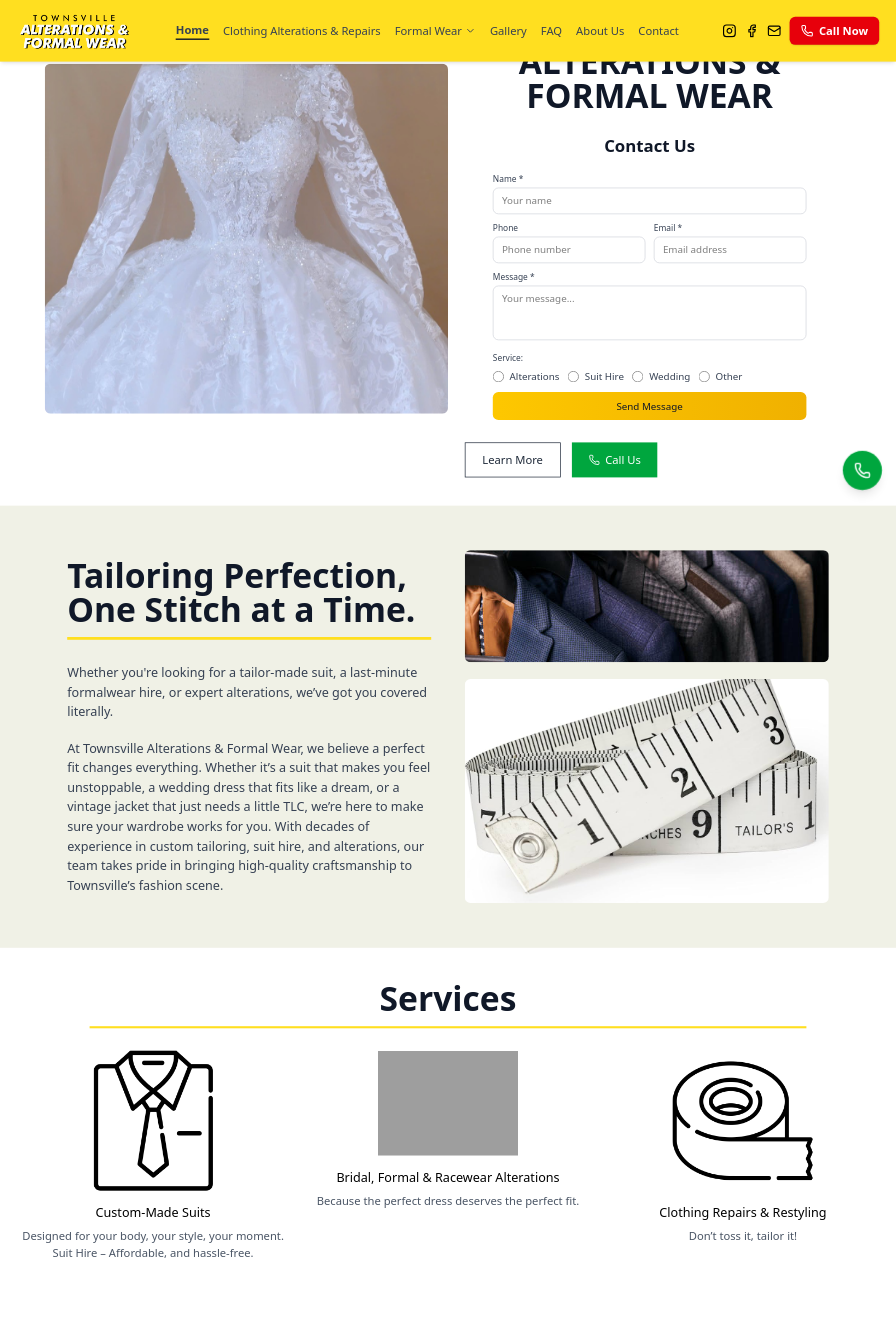
Repository: tarekhasan1/townsville-alteration
Page: /
These files come from the project's save history. The page is drawn as it stood at one moment and after the next save; the edit follows.
The browser window is 1280 px wide. The pictures show the part of the page from y = 0 to 1920 px (the page is 3276 px tall before and 3274 px after), at 70% of full size.
Pictures or frames that could not be fetched are drawn as grey boxes. The page's requests for data from a server got no answer. The project was rebuilt for these pictures with package versions that can differ from the ones it lists, and the page was loaded fresh each time. The framework's server and built-in components were replaced by stand-ins that run in the browser. No one was signed in, and anything a server would have sent is missing. Also part of the build but not shown: next.config.ts.

Above is the page before, as saved 2026-01-31 10:56:48.

### src/app/layout.tsx
import type { Metadata } from "next";
import Script from "next/script";
import "./globals.css";
import LayoutShell from "@/components/LayoutShell";
import FloatingCallButton from "@/components/FloatingCallButton";
import AnalyticsTracker from "@/components/AnalyticsTracker";

export const metadata: Metadata = {
  title: "Townsville Alterations and Formal Wear | Tailoring, Suit Hire, Alterations",
  description:
    "Townsville Alterations and Formal Wear - Reinvent Your Wardrobe. Hire or tailor-make outfits that turn heads. Expert suit hire, bridal alterations, and tailoring in Townsville.",
  keywords:
    "Townsville Tailoring, Formal Wear Townsville, Suit Hire, Alterations, Wedding Dress Alterations, Custom Tailoring",
  authors: [{ name: "Townsville Alterations & Formal Wear" }],
  creator: "Townsville Alterations & Formal Wear",
  publisher: "Townsville Alterations & Formal Wear",
  robots: "index, follow",
  icons: "/logo.png",
};

export default function RootLayout({
  children,
}: {
  children: React.ReactNode;
}) {
  return (
    <html lang="en">
      <head>
        {/* Google Tag Manager */}
        <Script
          id="gtm-script"
          strategy="afterInteractive"
          dangerouslySetInnerHTML={{
            __html: `
              (function(w,d,s,l,i){w[l]=w[l]||[];
              w[l].push({'gtm.start': new Date().getTime(),event:'gtm.js'});
              var f=d.getElementsByTagName(s)[0],
              j=d.createElement(s),dl=l!='dataLayer'?'&l='+l:'';
              j.async=true;j.src=
              'https://www.googletagmanager.com/gtm.js?id='+i+dl;
              f.parentNode.insertBefore(j,f);
              })(window,document,'script','dataLayer','GTM-WH7KD8GK');
            `,
          }}
        />
        {/* End Google Tag Manager */}
      </head>

      <body>
        {/* Google Tag Manager (noscript) */}
        <noscript>
          <iframe
            src="https://www.googletagmanager.com/ns.html?id=GTM-WH7KD8GK"
            height="0"
            width="0"
            style={{ display: "none", visibility: "hidden" }}
          />
        </noscript>
        {/* End Google Tag Manager (noscript) */}
        <AnalyticsTracker />

        <LayoutShell>{children}</LayoutShell>

        {/* Global Floating Call Button */}
        <FloatingCallButton />
      </body>
    </html>
  );
}

### src/app/page.tsx
import BannerCarousel from "@/components/BannerCarousel";
import LatestCollection from "@/components/LatestCollection";
import ServicesSection from "@/components/ServicesSection";
import SuitsForSaleSection from "@/components/SuitForSaleSection";
import TailoringSection from "@/components/TailoringSection";

export default function Home() {
  return (
    <div>
      <BannerCarousel/>
      <TailoringSection/>
      <ServicesSection/>
      <LatestCollection/>
      <SuitsForSaleSection/>
    </div>
  );
}

### src/app/globals.css
@import "tailwindcss";

:root {
  --background: #ffffff;
  --foreground: #171717;
}

### src/components/LayoutShell.tsx
// components/LayoutShell.tsx
'use client';

import { usePathname } from 'next/navigation';
import Navbar from '@/components/Navbar';
import ContactSection from '@/components/ContactSection';
import DevelopedBy from '@/components/DevelopedBy';

export default function LayoutShell({ children }: { children: React.ReactNode }) {
  const pathname = usePathname();
  const isAdminRoute = pathname.startsWith('/admin');

  return (
    <>
      {!isAdminRoute && <Navbar />}
      {children}
      {!isAdminRoute && (
        <>
          <ContactSection />
          <DevelopedBy />
        </>
      )}
    </>
  );
}

### src/components/FloatingCallButton.tsx
'use client';

import { Phone } from 'lucide-react';

export default function FloatingCallButton() {
  return (
    <a
      href="tel:0421929683" // <-- replace with real number
      aria-label="Call us now"
      className="
        fixed
        bottom-5
        right-5
        z-50
        flex
        items-center
        justify-center
        w-14
        h-14
        rounded-full
        bg-green-600
        text-white
        shadow-lg
        hover:bg-green-700
        active:scale-95
        transition
      "
    >
      <Phone className="w-6 h-6" />
    </a>
  );
}

### src/components/AnalyticsTracker.tsx
/* eslint-disable @typescript-eslint/no-explicit-any */
"use client";

import { usePathname } from "next/navigation";
import { useEffect } from "react";

declare global {
  interface Window {
    dataLayer: any[];
  }
}

export default function AnalyticsTracker() {
  const pathname = usePathname();

  useEffect(() => {
    if (typeof window === "undefined") return;
    if (!window.dataLayer) return;

    window.dataLayer.push({
      event: "pageview",
      page_path: pathname,
    });
  }, [pathname]);

  return null;
}

### src/components/BannerCarousel.tsx
"use client";
import { useState, useEffect } from "react";
import Image from "next/image";
import Link from "next/link";
import { Phone } from "lucide-react";
import ContactForm from "@/components/ContactForm"; // Import the form

const images = [
  "/3.jpeg",
  "/4.jpeg",
  "/5.jpeg",
  "/6.jpeg",
  "/8.jpeg",
  "/9.jpeg",
  "/12.jpeg",
  "/13.jpeg",
];

const BannerCarousel = () => {
  const [currentIndex, setCurrentIndex] = useState(0);

  useEffect(() => {
    const interval = setInterval(() => {
      setCurrentIndex((prevIndex) => (prevIndex + 1) % images.length);
    }, 5000);
    return () => clearInterval(interval);
  }, []);

  return (
    <div className="relative w-full min-h-[100vh] flex flex-col lg:flex-row items-center bg-white px-4 pt-[120px] lg:pt-0 lg:px-16 py-10">
      {/* Left Column - Image Carousel */}
      <div className="relative w-full lg:w-1/2 h-96 lg:h-[500px] overflow-hidden">
        {images.map((src, index) => (
          <Image
            key={index}
            src={src}
            alt={`Townsville Alterations & Formal Wear Image ${index + 1}`}
            fill
            className={`absolute inset-0 transition-opacity duration-1000 rounded-lg ${
              index === currentIndex ? "opacity-100" : "opacity-0"
            } object-cover`}
          />
        ))}
      </div>

      {/* Right Column - Content with Contact Form */}
      <div className="w-full lg:w-1/2 text-center lg:text-left mt-6 lg:mt-0 px-6">
        {/* <h2 className="text-gray-800 text-lg uppercase tracking-wider text-center font-medium">
          Reinvent Your Wardrobe. Or Hire One That Turns Heads.
        </h2> */}

        <h2 className="text-4xl lg:text-5xl font-semibold text-center uppercase text-gray-900 mt-4">
          Townsville Alterations & Formal Wear
        </h2>

        {/* Contact Form Integrated Here */}
        <div className="mt-8">
          <ContactForm />
        </div>

        {/* CTA Buttons */}
        <div className="mt-8 flex flex-col sm:flex-row gap-4 sm:justify-center lg:justify-start">
          {/* Learn More */}
          <Link
            href="/about-us"
            aria-label="Learn more about Townsville Alterations and Formal Wear"
            className="border border-gray-800 px-6 py-3 text-gray-800 hover:bg-yellow-300 hover:text-gray-900 transition-all text-center"
          >
            Learn More
          </Link>

          {/* Call Us */}
          <a
            href="tel:0421929683"
            aria-label="Call Townsville Alterations and Formal Wear"
            className="hidden md:flex items-center justify-center gap-2 bg-green-600 px-6 py-3 text-white hover:bg-green-700 transition-all"
          >
            <Phone className="w-4 h-4" />
            Call Us
          </a>
        </div>
      </div>
    </div>
  );
};

export default BannerCarousel;

### src/components/LatestCollection.tsx
// components/LatestCollection.tsx
'use client';

import ImageGallery from "@/components/ImageGallery";

export default function LatestCollection() {
  return (
    <section id="latest-collection">
      <ImageGallery
        collection="featured"
        title="Latest Collection"
        description="Explore our freshest styles and most popular looks—handpicked for your standout moments."
        itemsPerPage={6}
        showExploreButton={true}
      />
    </section>
  );
}

### src/components/ServicesSection.tsx
import Image from "next/image";

const services = [
  {
    icon: "/shirt-icon.png", // Replace with actual icon path
    title: "Custom-Made Suits",
    description: "Designed for your body, your style, your moment. Suit Hire – Affordable, and hassle-free."
  },
  {
    icon: "/dress-icon.png", // Replace with actual icon path
    title: "Bridal, Formal & Racewear Alterations",
    description: "Because the perfect dress deserves the perfect fit."
  },
  {
    icon: "/tape-icon.png", // Replace with actual icon path
    title: "Clothing Repairs & Restyling",
    description: "Don’t toss it, tailor it!"
  }
];

export default function ServicesSection() {
  return (
    <section className="py-12 text-center w-full min-h-[85vh]" aria-labelledby="services-section">
      <h2
        id="services-section"
        className="text-4xl md:text-5xl font-bold text-gray-900 mb-4"
        aria-describedby="services-description"
      >
        Services
      </h2>
      <div
        id="services-description"
        className="w-[80vw] border-b border-[2px] border-yellow-300 mx-auto mb-8"
      ></div>
      <div className="grid grid-cols-1 md:grid-cols-3 gap-8 mx-auto px-6">
        {services.map((service, index) => (
          <div key={index} className="flex flex-col items-center" aria-labelledby={`service-${index}-title`} aria-describedby={`service-${index}-desc`}>
            <Image
              src={service.icon}
              alt={service.title}
              width={200}
              height={200}
              className="mb-4"
              priority
            />
            <h3
              id={`service-${index}-title`}
              className="text-lg font-medium mb-2"
              aria-level={3}
            >
              {service.title}
            </h3>
            <p
              id={`service-${index}-desc`}
              className="text-gray-600"
              aria-labelledby={`service-${index}-title`}
            >
              {service.description}
            </p>
          </div>
        ))}
      </div>
    </section>
  );
}

### src/components/SuitForSaleSection.tsx
// components/SuitsForSaleSection.tsx
'use client';

import ImageGallery from "@/components/ImageGallery";

export default function SuitsForSaleSection() {
  return (
    <section id="suits-for-sale">
      <ImageGallery
        collection="suits"
        title="Suits – Available to Buy"
        description="Own your look — browse our premium suits crafted for fit, comfort, and standout style."
        itemsPerPage={6}
        showContactButton={true}
        contactEmail="sales@townsvillealterationsformalwear.com"
        contactSubject="Interested in Buying a Suit"
        showCallButton={true}
        phoneNumber="+04 219 29683" // Replace with actual number
        callButtonText="Call to Buy"
      />
    </section>
  );
}

### src/components/TailoringSection.tsx
/* eslint-disable react/no-unescaped-entities */
import Image from "next/image";

export default function TailoringSection() {
  return (
    <section id="tailoring-section" aria-labelledby="tailoring-section" className="bg-[#f0f1e6] py-16 px-6 md:px-16 lg:px-24">
      <div className="mx-auto grid grid-cols-1 md:grid-cols-2 gap-12 items-center">
        {/* Text Content */}
        <div>
          <h2 id="tailoring-section" className="text-4xl md:text-5xl font-bold text-gray-900 mb-4">
            Tailoring Perfection, One Stitch at a Time.
          </h2>
          <hr className="mb-4 md:mb-8 border-[2px] text-yellow-300"/>
          <p className="text-gray-700 text-lg mb-6">
            Whether you're looking for a tailor-made suit, a last-minute formalwear hire, or expert alterations, we’ve got you covered literally.
          </p>
          <p className="text-gray-700 text-lg">
            At Townsville Alterations & Formal Wear, we believe a perfect fit changes everything. Whether it’s a suit that makes you feel unstoppable, a wedding dress that fits like a dream, or a vintage jacket that just needs a little TLC, we’re here to make sure your wardrobe works for you. With decades of experience in custom tailoring, suit hire, and alterations, our team takes pride in bringing high-quality craftsmanship to Townsville’s fashion scene.
          </p>
        </div>

        {/* Image Content */}
        <div className="grid grid-cols-1 gap-6">
          <div className="relative w-full h-30 md:h-40">
            <Image
              src="/tailored-suit.jpg"
              alt="Tailored custom suits in Townsville"
              layout="fill"
              objectFit="cover"
              className="rounded-lg"
            />
          </div>
          <div className="relative w-full h-60 md:h-80">
            <Image
              src="/tape.jpg"
              alt="Measuring tape representing precision tailoring in Townsville"
              layout="fill"
              objectFit="cover"
              className="rounded-lg"
            />
          </div>
        </div>
      </div>
    </section>
  );
}

### src/components/ContactSection.tsx
'use client';

import Image from 'next/image';
import { Facebook, Instagram } from 'lucide-react';

export default function ContactSection() {
  return (
    <footer
      id="contact"
      aria-labelledby="contact-us"
      className="bg-[#f2f2e5] p-8 md:p-12 lg:p-16"
    >
      <div className="mx-auto grid grid-cols-1 md:grid-cols-2 gap-8 items-center">
        <div className="w-full h-auto relative">
          <Image
            src="/tailored-suit.jpg"
            alt="Tailored suits on hangers"
            width={600}
            height={400}
            className="rounded-lg"
            priority
          />
        </div>
        <div className="space-y-6 text-center md:text-left">
          <h2
            id="contact-us"
            className="text-4xl md:text-5xl font-bold text-gray-900 mb-4"
          >
            We&apos;d love to work with you. Call us now.
          </h2>
          <hr className="border-yellow-300 border-[2px]" />
          <div className="space-y-4 text-gray-700">
            <div>
              <h3 className="font-semibold">ADDRESS</h3>
              <p>611 Flinders Street, Townsville</p>
            </div>
            <div>
              <h3 className="font-semibold">PHONE</h3>
              <p>04 219 29683</p>
            </div>
            <div>
              <h3 className="font-semibold">EMAIL</h3>
              <p>
                <a
                  href="mailto:tranglecong2014@gmail.com"
                  className="hover:text-gray-600"
                  aria-label="Email us at sales@tsvalterationsandformalwear.com"
                >
                  tranglecong2014@gmail.com
                </a>
              </p>
            </div>
            <div>
              <h3 className="font-semibold">SOCIAL</h3>
              <div className="flex justify-center md:justify-start space-x-4 text-xl">
                <a
                  target="_blank"
                  href="https://www.facebook.com/DressmakingAlterationsTownsville"
                  aria-label="Facebook - Townsville Alterations and Formal Wear"
                  className="text-gray-800 hover:text-gray-600"
                >
                  <Facebook size={24} />
                </a>
                <a
                  target="_blank"
                  href="https://www.instagram.com/tsvalterationformal?igsh=bXJkaXp3eXN4Yml2"
                  aria-label="Instagram - Townsville Alterations and Formal Wear"
                  className="text-gray-800 hover:text-gray-600"
                >
                  <Instagram size={24} />
                </a>
              </div>
            </div>
          </div>
        </div>
      </div>
    </footer>
  );
}

### src/components/DevelopedBy.tsx
// components/DevelopedBy.js

import React from 'react';

const DevelopedBy = () => {
  return (
    <footer className="bg-gray-900 text-white text-center py-4">
      <p className="text-sm">
        Developed by{' '}
        <a
          href="https://digitalcowboy.com.au"
          className="text-yellow-400 hover:underline"
          target="_blank"
          rel="noopener noreferrer"
        >
          DigitalCowboy
        </a>
      </p>
    </footer>
  );
};

export default DevelopedBy;

### actions/client.action.ts
// lib/client.actions.ts
'use client';

import { collection, getDocs } from "firebase/firestore";
import { db } from "@/firebase/config";

export type CollectionType = 'gallery' | 'featured' | 'suits' | 'wedding-gowns';

export interface ImageData {
  id: string;
  url: string;
  fileName?: string;
  fileSize?: number;
  uploadedAt?: Date;
}

// Fetch images from a specific collection
export const fetchCollectionImages = async (collectionName: CollectionType): Promise<ImageData[]> => {
  try {
    const snapshot = await getDocs(collection(db, collectionName));
    const images = snapshot.docs.map((doc) => ({
      id: doc.id,
      url: doc.data().url as string,
      fileName: doc.data().fileName as string,
      fileSize: doc.data().fileSize as number,
      uploadedAt: doc.data().uploadedAt?.toDate() as Date,
    }));
    return images;
  } catch (error) {
    console.error(`Error fetching ${collectionName} images:`, error);
    throw new Error(`Failed to fetch ${collectionName} images`);
  }
};

// Fetch all images from all collections
export const fetchAllImages = async (): Promise<{
  gallery: ImageData[];
  featured: ImageData[];
  suits: ImageData[];
  weddingGowns: ImageData[];
}> => {
  try {
    const [gallery, featured, suits, weddingGowns] = await Promise.all([
      fetchCollectionImages('gallery'),
      fetchCollectionImages('featured'),
      fetchCollectionImages('suits'),
      fetchCollectionImages('wedding-gowns'),
    ]);

    return { gallery, featured, suits, weddingGowns };
  } catch (error) {
    console.error('Error fetching all images:', error);
    throw new Error('Failed to fetch images');
  }
};

// Fetch images with pagination
export const fetchPaginatedImages = async (
  collectionName: CollectionType,
  page: number,
  itemsPerPage: number
): Promise<{
  images: ImageData[];
  total: number;
  totalPages: number;
}> => {
  try {
    const allImages = await fetchCollectionImages(collectionName);
    const startIndex = page * itemsPerPage;
    const endIndex = startIndex + itemsPerPage;
    const paginatedImages = allImages.slice(startIndex, endIndex);
    const totalPages = Math.ceil(allImages.length / itemsPerPage);

    return {
      images: paginatedImages,
      total: allImages.length,
      totalPages,
    };
  } catch (error) {
    console.error(`Error fetching paginated ${collectionName} images:`, error);
    throw new Error(`Failed to fetch paginated ${collectionName} images`);
  }
};

### src/firebase/config.ts
// Import the functions you need from the SDKs you need
import { initializeApp } from "firebase/app";
import { getFirestore } from 'firebase/firestore';
import { getStorage } from 'firebase/storage';
// TODO: Add SDKs for Firebase products that you want to use
// https://firebase.google.com/docs/web/setup#available-libraries

// Your web app's Firebase configuration
const firebaseConfig = {
  apiKey: process.env.NEXT_PUBLIC_FIREBASE_API_KEY,
  authDomain: process.env.NEXT_PUBLIC_FIREBASE_AUTH_DOMAIN,
  projectId: process.env.NEXT_PUBLIC_FIREBASE_PROJECT_ID,
  storageBucket: process.env.NEXT_PUBLIC_FIREBASE_STORAGE_BUCKET,
  messagingSenderId: process.env.NEXT_PUBLIC_FIREBASE_MESSAGING_SENDER_ID,
  appId: process.env.NEXT_PUBLIC_FIREBASE_APP_ID
};

// Initialize Firebase
const app = initializeApp(firebaseConfig);
export const db = getFirestore(app);
export const storage = getStorage(app);

Loaded but not shown: src/components/ContactForm.tsx (255 lines, source omitted); src/components/Navbar.tsx (201 lines, source omitted); src/components/ImageGallery.tsx (227 lines, source omitted); actions/contact.action.ts (335 lines, source omitted)

After the next save:
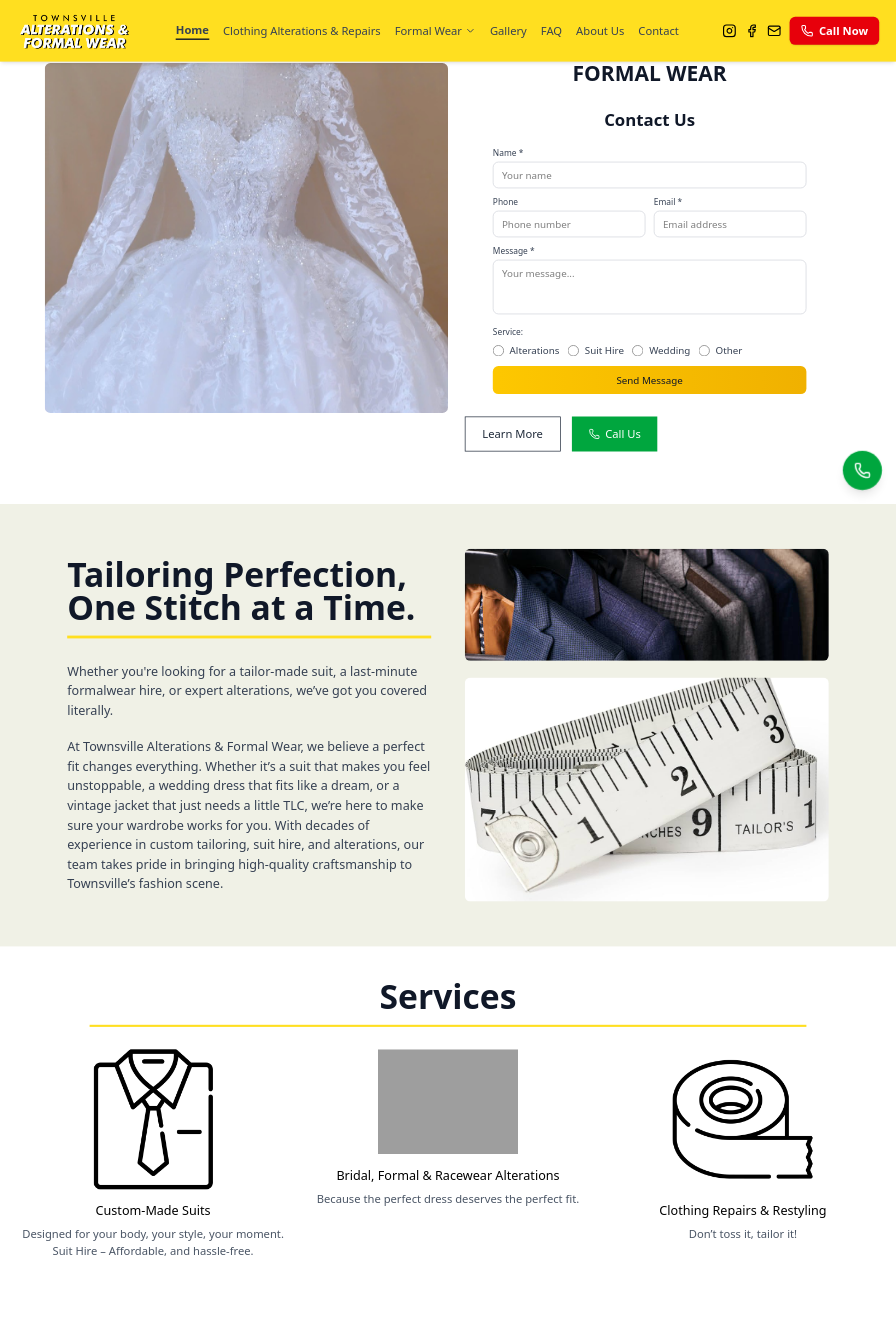
Saved 34 s later.
--- a/src/components/BannerCarousel.tsx
+++ b/src/components/BannerCarousel.tsx
@@ -49,7 +49,7 @@ const BannerCarousel = () => {
           Reinvent Your Wardrobe. Or Hire One That Turns Heads.
         </h2> */}
 
-        <h2 className="text-4xl lg:text-5xl font-semibold text-center uppercase text-gray-900 mt-4">
+        <h2 className="text-2xl lg:text-3xl font-semibold text-center uppercase text-gray-900 mt-4">
           Townsville Alterations & Formal Wear
         </h2>
 
